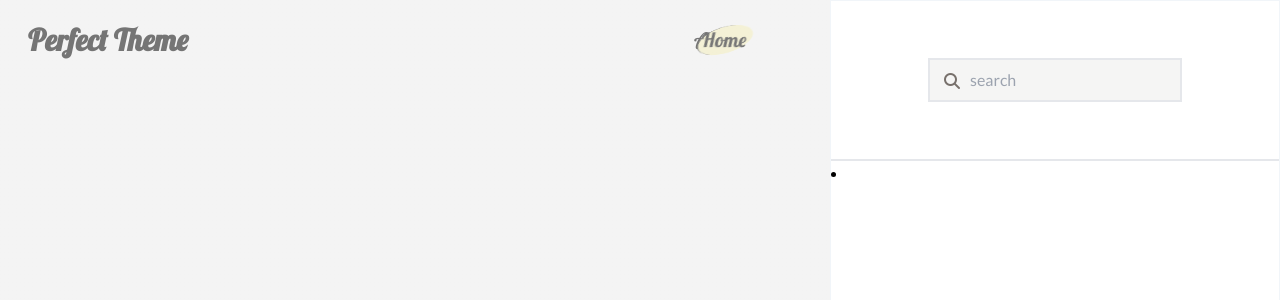
Repository: hsumyatm7308/laravel-blog
Page: blogweb/resources/views/blog/headerlayout.html
These files come from the project's save history. The page is drawn as it stood at one moment and after a run of saves; the edit follows.
The browser window is 1280 px wide. The pictures show the whole page.
Some web libraries are served in a nearby version.

Above is the page before, as saved 2023-09-04 19:11:55.

After the next 2 saves:
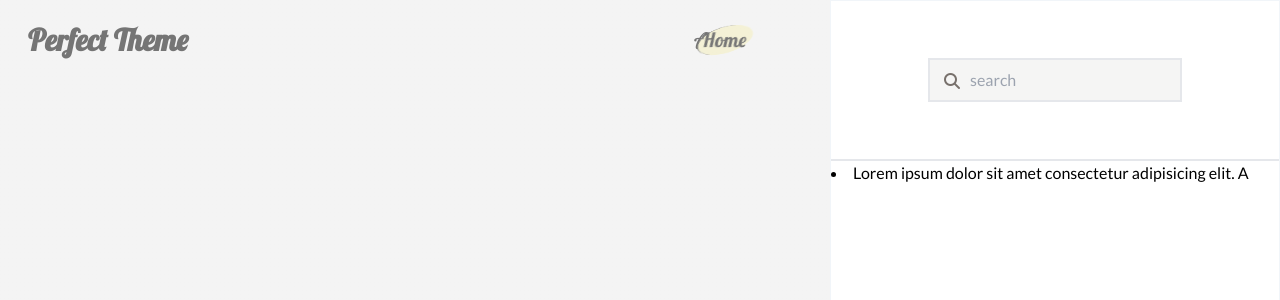
The 2 saves are shown as one change because they came seconds apart.
The last was saved 19 s later.
--- a/blogweb/resources/views/blog/headerlayout.html
+++ b/blogweb/resources/views/blog/headerlayout.html
@@ -143,7 +143,7 @@
 
             <div>
                 <div>
-                    <li></li>
+                    <li><a href="">Lorem ipsum dolor sit amet consectetur adipisicing elit. A</a></li>
                 </div>
             </div>
 
